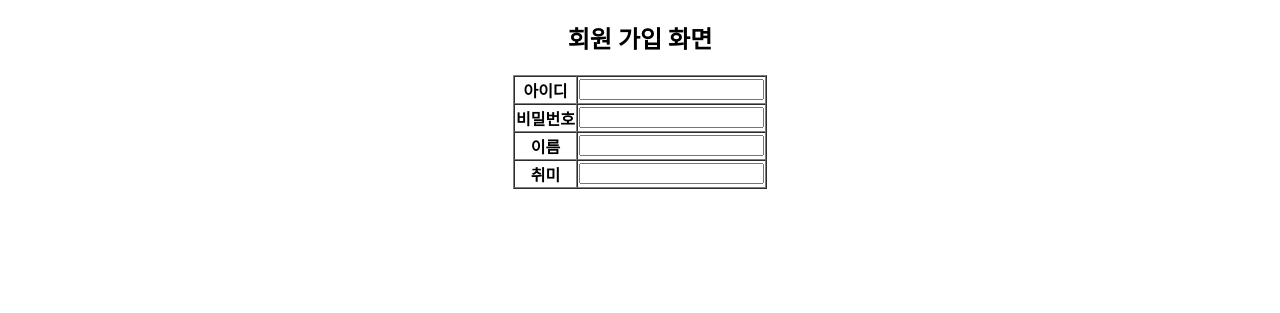
Repository: weasd33/KH_JSP_Practice
Page: http://localhost/01_Servlet/Ex05.jsp
The author's editor kept a copy of each file at every save. The page is drawn from the files as they stood at one save, then again after the next save.
The browser window is 1280 px wide. The pictures show the whole page.
The page is served by Tomcat 9.

Above is the page before, as saved 2022-03-30 03:36:18.

After the next save:
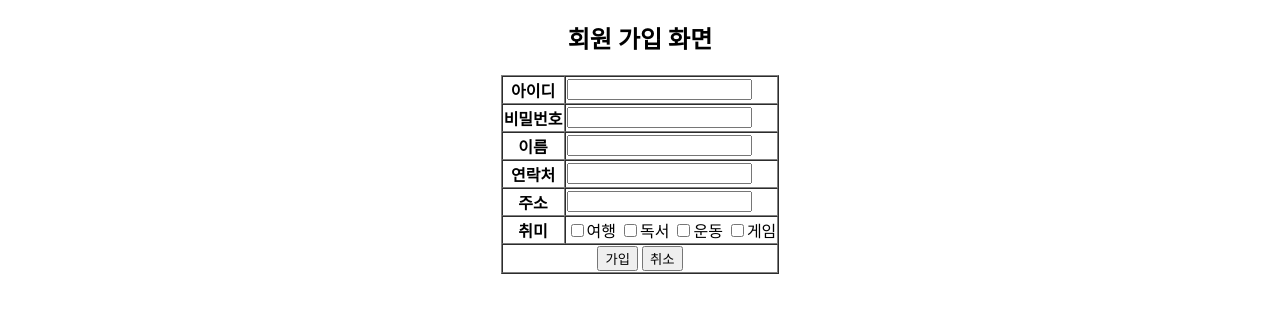
Saved 2 min 38 s later.
--- a/01_Servlet/WebContent/Ex05.jsp
+++ b/01_Servlet/WebContent/Ex05.jsp
@@ -29,8 +29,30 @@
 				</tr>
 
 				<tr>
+					<th>연락처</th>
+					<td><input type="text" name="phone"></td>
+				</tr>
+
+				<tr>
+					<th>주소</th>
+					<td><input type="text" name="addr"></td>
+				</tr>
+
+				<tr>
 					<th>취미</th>
-					<td><input type="text" name="hobby"></td>
+					<td>
+						<input type="checkbox" name="hobby" value="여행">여행
+						<input type="checkbox" name="hobby" value="독서">독서
+						<input type="checkbox" name="hobby" value="운동">운동
+						<input type="checkbox" name="hobby" value="게임">게임
+					</td>
+				</tr>
+
+				<tr>
+					<td colspan="2" align="center">
+						<input type="submit" value="가입">
+						<input type="reset" value="취소">
+					</td>
 				</tr>
 			</table>
 		</form>
